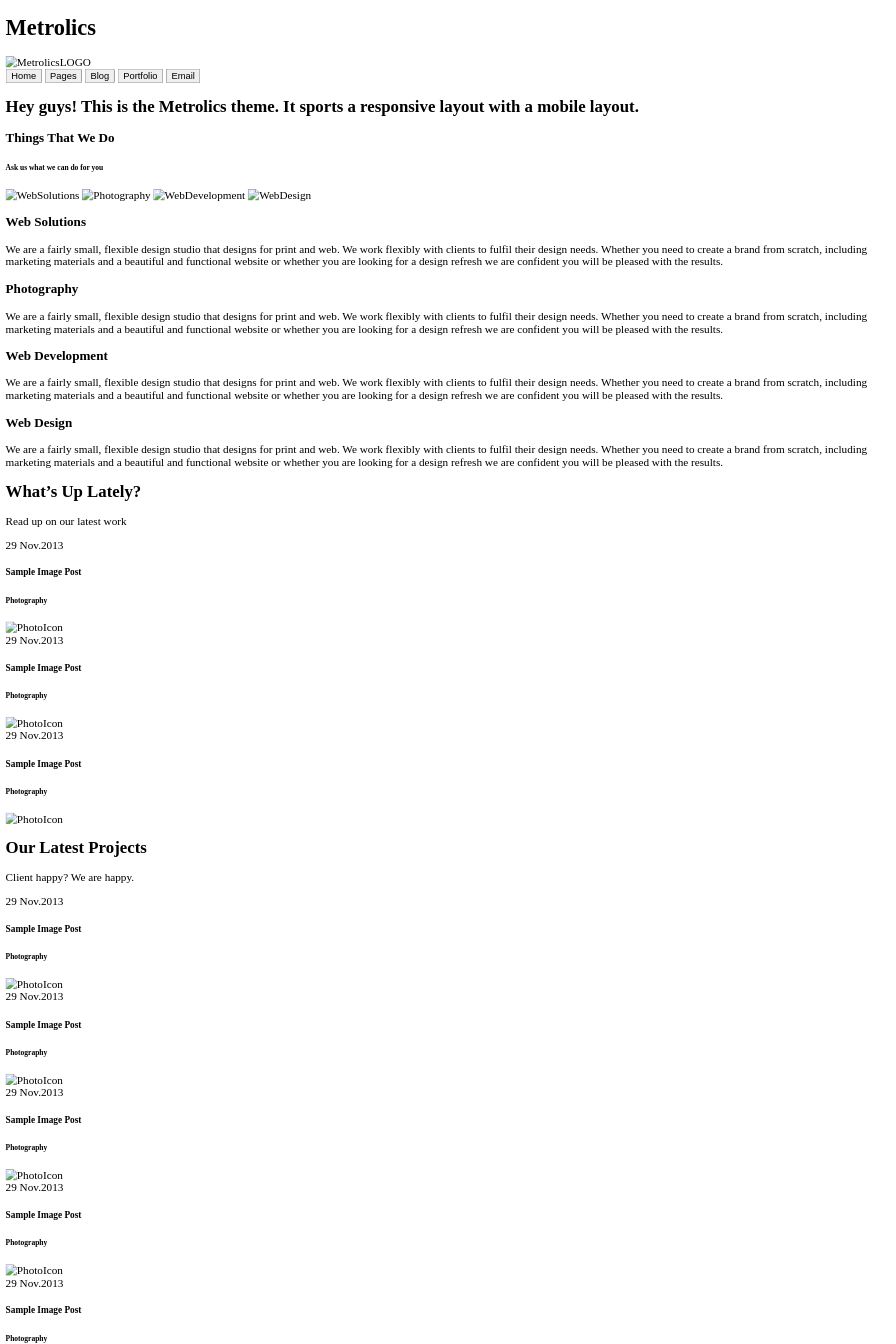
Repository: NelsonLiz/LAB_03---Project_1
Page: index.html
The author's editor kept a copy of each file at every save. The page is drawn from the files as they stood at one save, then again after the next save.
The browser window is 1280 px wide. The pictures show the part of the page from y = 0 to 1920 px (the page is 3083 px tall before and 3101 px after), at 70% of full size.

Above is the page before, as saved 2022-01-25 10:50:43.

After the next save:
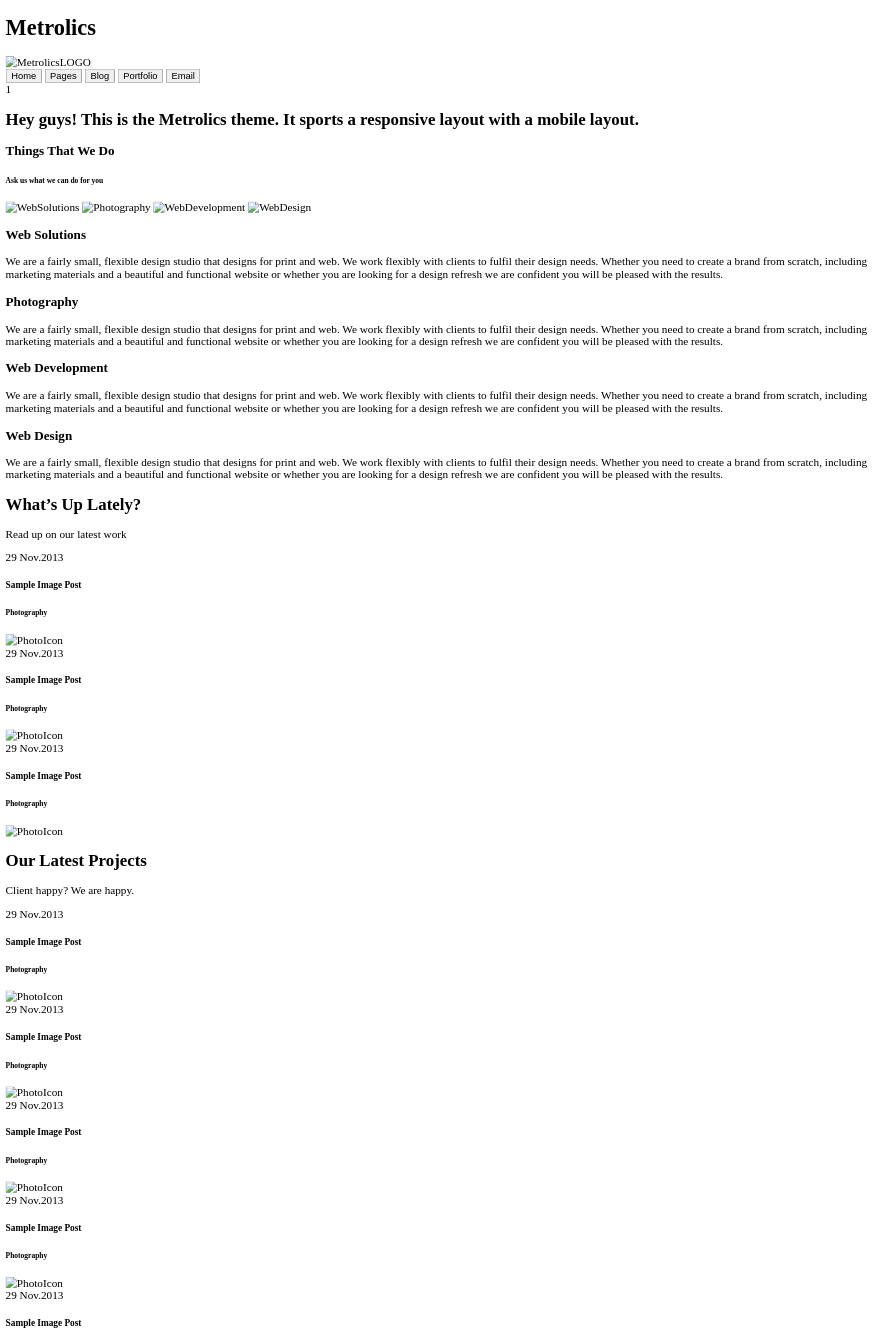
Saved 5 min 36 s later.
--- a/index.html
+++ b/index.html
@@ -19,7 +19,7 @@
         </div>
     </div>
     <div id="slider">
-
+1
     </div>
     <div id="Main">
         <div>
